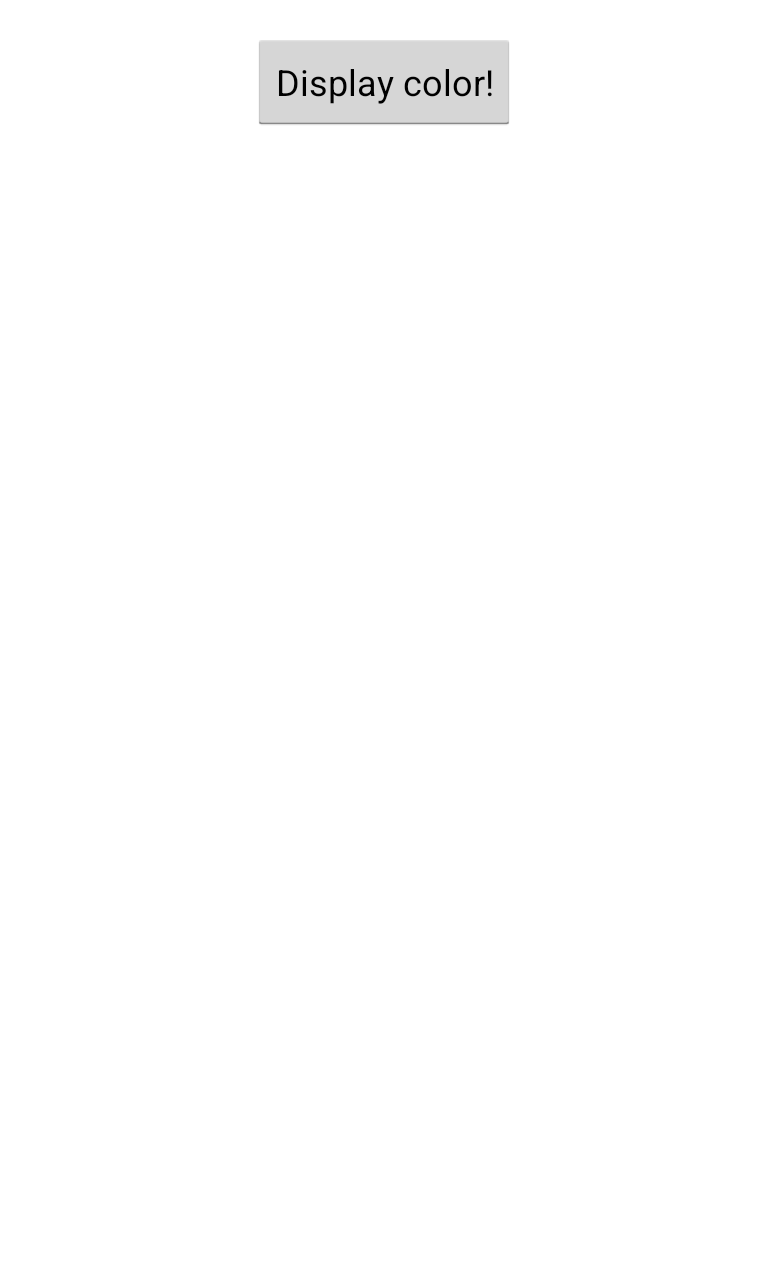
Repository: me222rs/AndroidLab1
Layout: ColorDisplay/res/layout/activity_color_display.xml
The author's editor kept a copy of each file at every save. The layout is drawn from the files as they stood at one save, then again after the next save.
It is drawn on a 768 x 1280 px phone screen (xhdpi) without system bars, with theme AppTheme; the app's code is not run.

Above is the layout before, as saved 2014-11-18 11:08:18.

### ColorDisplay/res/layout/activity_color_display.xml
<LinearLayout xmlns:android="http://schemas.android.com/apk/res/android"
    android:id="@+id/background"
    android:orientation="vertical"
    xmlns:tools="http://schemas.android.com/tools"
    android:layout_width="match_parent"
    android:layout_height="match_parent"
    android:paddingBottom="@dimen/activity_vertical_margin"
    android:paddingLeft="@dimen/activity_horizontal_margin"
    android:paddingRight="@dimen/activity_horizontal_margin"
    android:paddingTop="@dimen/activity_vertical_margin"
    tools:context="com.example.colordisplay.ColorDisplay" >




    <LinearLayout>
        <EditText android:id="@+id/red"

        android:inputType="number"
		android:layout_width="wrap_content"
		android:layout_height="wrap_content"
		android:hint="Red"
		/>



        <EditText android:id="@+id/blue"
        android:inputType="number"
		android:layout_width = "wrap_content"
		android:layout_height="wrap_content"
		android:hint="Blue"/>

        <EditText android:id="@+id/green"
        android:inputType="number"
		android:layout_width = "wrap_content"
		android:layout_height="wrap_content"
		android:hint="Green"/>
</LinearLayout>

        <Button android:id="@+id/displayColor"
    	android:layout_height="50dp"
    	android:layout_width="wrap_content"
        android:layout_gravity="center"
       	android:text="Display color!" />


</LinearLayout>

Loaded but not shown: ColorDisplay/res/values/styles.xml (common file); ColorDisplay/res/values-v11/styles.xml (common file); ColorDisplay/res/values-v14/styles.xml (common file); ColorDisplay/res/values/dimens.xml (common file); ColorDisplay/res/values-w820dp/dimens.xml (common file)

After the next save:
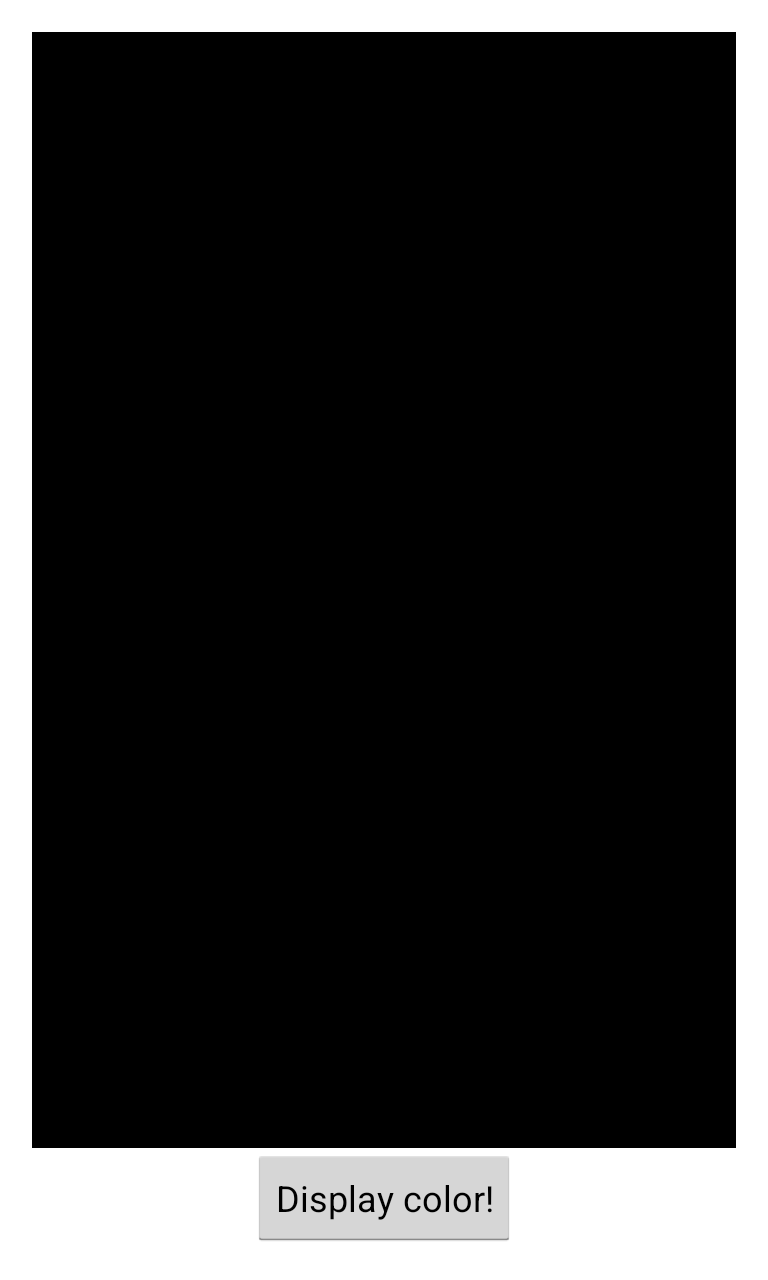
Saved 90 s later.
--- a/ColorDisplay/res/layout/activity_color_display.xml
+++ b/ColorDisplay/res/layout/activity_color_display.xml
@@ -12,7 +12,12 @@
 
 
 
-
+        <TextView android:id="@+id/show_color"
+        android:layout_weight="1"
+        android:layout_width="match_parent"
+        android:layout_height="0dp"
+		android:background="#000"
+        android:gravity="center"/>
     <LinearLayout>
         <EditText android:id="@+id/red"
 
